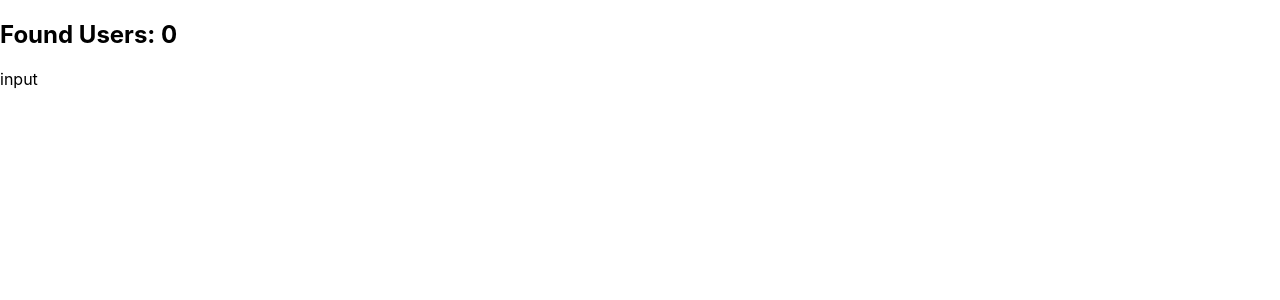
Repository: CoderStatn/NodeExpressFrontend
Page: /
These files come from the project's save history. The page is drawn as it stood at one moment and after a run of saves; the edit follows.
The browser window is 1280 px wide. The pictures show the whole page.
The page's requests for data from a server got no answer. The project was rebuilt for these pictures with package versions that can differ from the ones it lists, and the page was loaded fresh each time. No one was signed in, and anything a server would have sent is missing. Also part of the build but not shown: src/App.css.

Above is the page before, as saved 2021-11-03 04:41:25.

### src/App.js
import logo from './logo.svg';
import './App.css';
import User from './component/User/User';

function App() {
  return (
    <div className="App">
      <User></User>
    </div>
  );
}

export default App;

### src/component/User/User.js
import React, { useEffect, useState } from 'react';

const User = () => {
    const [users, setUsers] = useState([]);

    useEffect(() => {
        fetch('http://localhost:5000/users')
            .then(res => res.json())
            .then(data => setUsers(data));
    },[])
    return (
        <div>
            <h2>Found Users: {users.length}</h2>
            <form>
                input
            </form>
            <ul>
                {
                    users.map(user => <li
                        key={user.id}
                    >{user.id}: {user.name}: {user.email}</li>)
                }
            </ul>
        </div>
    );
};

export default User;

Loaded but not shown: public/index.html (common file); src/index.js (common file); src/index.css (common file); src/reportWebVitals.js (common file)

After the next 2 saves:
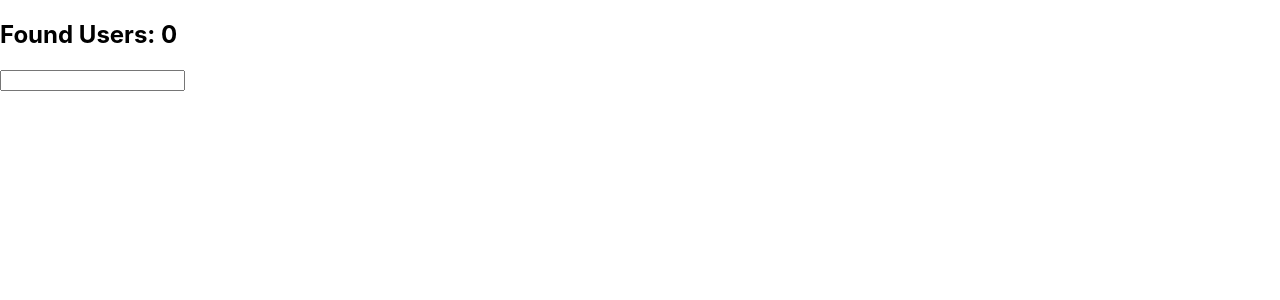
The 2 saves are shown as one change because they came seconds apart.
The last was saved 15 s later.
--- a/src/component/User/User.js
+++ b/src/component/User/User.js
@@ -12,7 +12,7 @@ const User = () => {
         <div>
             <h2>Found Users: {users.length}</h2>
             <form>
-                input
+                <input type="text" name="" id="" />
             </form>
             <ul>
                 {
